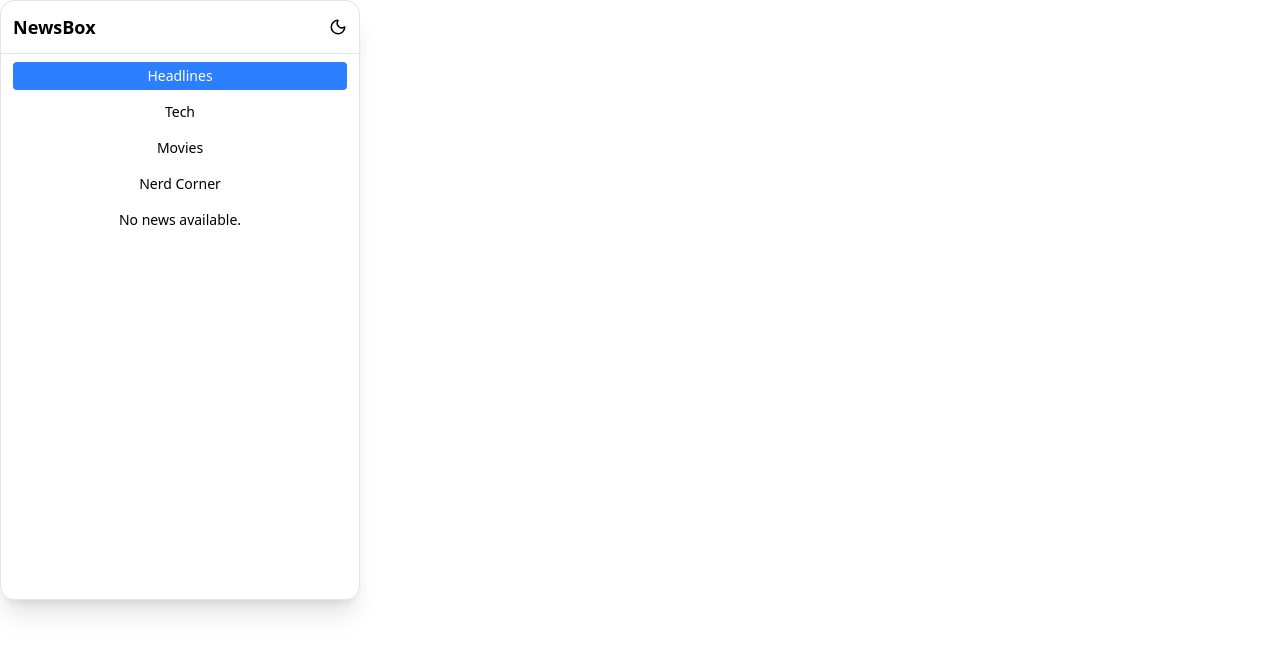
Repository: Bhuvi888/newsbox-extension
Page: /
These files come from the project's save history. The page is drawn as it stood at one moment and after a run of saves; the edit follows.
The browser window is 1280 px wide. The pictures show the whole page.
The page's requests for data from a server got no answer. The project was rebuilt for these pictures with package versions that can differ from the ones it lists, and the page was loaded fresh each time. No one was signed in, and anything a server would have sent is missing. Also part of the build but not shown: vite.config.ts. Imported but missing from the stored project, and not drawn on this page: src/components/ui/card.

Above is the page before, as saved 2025-05-29 12:39:09.

### src/main.tsx
import { StrictMode } from "react";
import { createRoot } from "react-dom/client";
import "./index.css";
import App from "./popup/App.tsx";

createRoot(document.getElementById("root")!).render(
  <StrictMode>
    <App />
  </StrictMode>
);

### src/popup/App.tsx
// src/App.tsx
import { useEffect, useState } from "react";
import { Tabs } from "../components/ui/tabs";
import { Card, CardContent } from "../components/ui/card";
import { Sun, Moon, Bookmark } from "lucide-react";
import { motion } from "framer-motion";
import axios from "axios";

const categories = ["Headlines", "Tech", "Movies", "Nerd Corner"];

const categoryToQuery: Record<string, string> = {
  Headlines: "general",
  Tech: "technology",
  Movies: "entertainment",
  "Nerd Corner": "anime OR gaming OR comics"
};

const API_KEY = "19fdac03e99be007425b60553981cd9d";
const BASE_URL = "https://gnews.io/api/v4/search";

type NewsArticle = {
  title: string;
  description: string;
  url: string;
  source: {
    name: string;
  };
  // Add more fields here if needed, or remove the index signature to avoid 'any'
};

export default function App() {
  const [activeTab, setActiveTab] = useState("Headlines");
  const [darkMode, setDarkMode] = useState(false);
  const [newsData, setNewsData] = useState<NewsArticle[]>([]);
  const [loading, setLoading] = useState(true);

  useEffect(() => {
    const fetchNews = async () => {
      setLoading(true);
      try {
        const query = categoryToQuery[activeTab];
        const res = await axios.get(`${BASE_URL}?q=${encodeURIComponent(query)}&lang=en&apikey=${API_KEY}`);
        setNewsData(res.data.articles || []);
      } catch (err) {
        console.error("Error fetching news:", err);
        setNewsData([]);
      }
      setLoading(false);
    };
    fetchNews();
  }, [activeTab]);

  return (
    <div
      className={`w-[360px] h-[600px] overflow-y-auto rounded-xl shadow-xl border transition-colors duration-300 ${darkMode ? "bg-gray-900 text-white" : "bg-white text-black"}`}
    >
      <header className="flex items-center justify-between p-3 border-b">
        <h1 className="text-lg font-bold font-anime">NewsBox</h1>
        <button onClick={() => setDarkMode(!darkMode)}>
          {darkMode ? <Sun size={18} /> : <Moon size={18} />}
        </button>
      </header>

      <Tabs value={activeTab} onValueChange={setActiveTab} className="px-3 mt-2 text-sm">
        {categories.map((cat) => (
          <button
            key={cat}
            className={`capitalize px-3 py-1 rounded transition-colors ${
              activeTab === cat
                ? "bg-blue-500 text-white"
                : "bg-transparent text-inherit hover:bg-gray-200 dark:hover:bg-gray-800"
            }`}
            onClick={() => setActiveTab(cat)}
            type="button"
          >
            {cat}
          </button>
        ))}
      </Tabs>

      <main className="p-3 space-y-3">
        {loading ? (
          <div className="text-center text-sm">Loading...</div>
        ) : newsData.length > 0 ? (
          newsData.map((news, i) => (
            <motion.div
              key={i}
              initial={{ opacity: 0, y: 10 }}
              animate={{ opacity: 1, y: 0 }}
              transition={{ delay: i * 0.05 }}
            >
              <Card className="rounded-xl shadow border bg-opacity-60 backdrop-blur-md">
                <CardContent className="p-3">
                  <div className="flex justify-between items-start">
                    <div className="pr-2">
                      <h2 className="text-sm font-semibold mb-1 font-anime line-clamp-2">{news.title}</h2>
                      <p className="text-xs opacity-80 line-clamp-3">{news.description}</p>
                      <a
                        href={news.url}
                        target="_blank"
                        rel="noopener noreferrer"
                        className="text-xs mt-2 inline-block text-blue-500"
                      >
                        {news.source.name}
                      </a>
                    </div>
                    <button><Bookmark size={16} /></button>
                  </div>
                </CardContent>
              </Card>
            </motion.div>
          ))
        ) : (
          <div className="text-center text-sm">No news available.</div>
        )}
      </main>
    </div>
  );
}

### src/components/ui/tabs.tsx
import * as React from "react"
import * as TabsPrimitive from "@radix-ui/react-tabs"

import { cn } from "../../lib/utils"

function Tabs({
  className,
  ...props
}: React.ComponentProps<typeof TabsPrimitive.Root>) {
  return (
    <TabsPrimitive.Root
      data-slot="tabs"
      className={cn("flex flex-col gap-2", className)}
      {...props}
    />
  )
}

function TabsList({
  className,
  ...props
}: React.ComponentProps<typeof TabsPrimitive.List>) {
  return (
    <TabsPrimitive.List
      data-slot="tabs-list"
      className={cn(
        "bg-muted text-muted-foreground inline-flex h-9 w-fit items-center justify-center rounded-lg p-[3px]",
        className
      )}
      {...props}
    />
  )
}

function TabsTrigger({
  className,
  ...props
}: React.ComponentProps<typeof TabsPrimitive.Trigger>) {
  return (
    <TabsPrimitive.Trigger
      data-slot="tabs-trigger"
      className={cn(
        "data-[state=active]:bg-background dark:data-[state=active]:text-foreground focus-visible:border-ring focus-visible:ring-ring/50 focus-visible:outline-ring dark:data-[state=active]:border-input dark:data-[state=active]:bg-input/30 text-foreground dark:text-muted-foreground inline-flex h-[calc(100%-1px)] flex-1 items-center justify-center gap-1.5 rounded-md border border-transparent px-2 py-1 text-sm font-medium whitespace-nowrap transition-[color,box-shadow] focus-visible:ring-[3px] focus-visible:outline-1 disabled:pointer-events-none disabled:opacity-50 data-[state=active]:shadow-sm [&_svg]:pointer-events-none [&_svg]:shrink-0 [&_svg:not([class*='size-'])]:size-4",
        className
      )}
      {...props}
    />
  )
}

function TabsContent({
  className,
  ...props
}: React.ComponentProps<typeof TabsPrimitive.Content>) {
  return (
    <TabsPrimitive.Content
      data-slot="tabs-content"
      className={cn("flex-1 outline-none", className)}
      {...props}
    />
  )
}

export { Tabs, TabsList, TabsTrigger, TabsContent }

Loaded but not shown: src/index.css (common file); src/lib/utils.ts (common file)

After the next 2 saves:
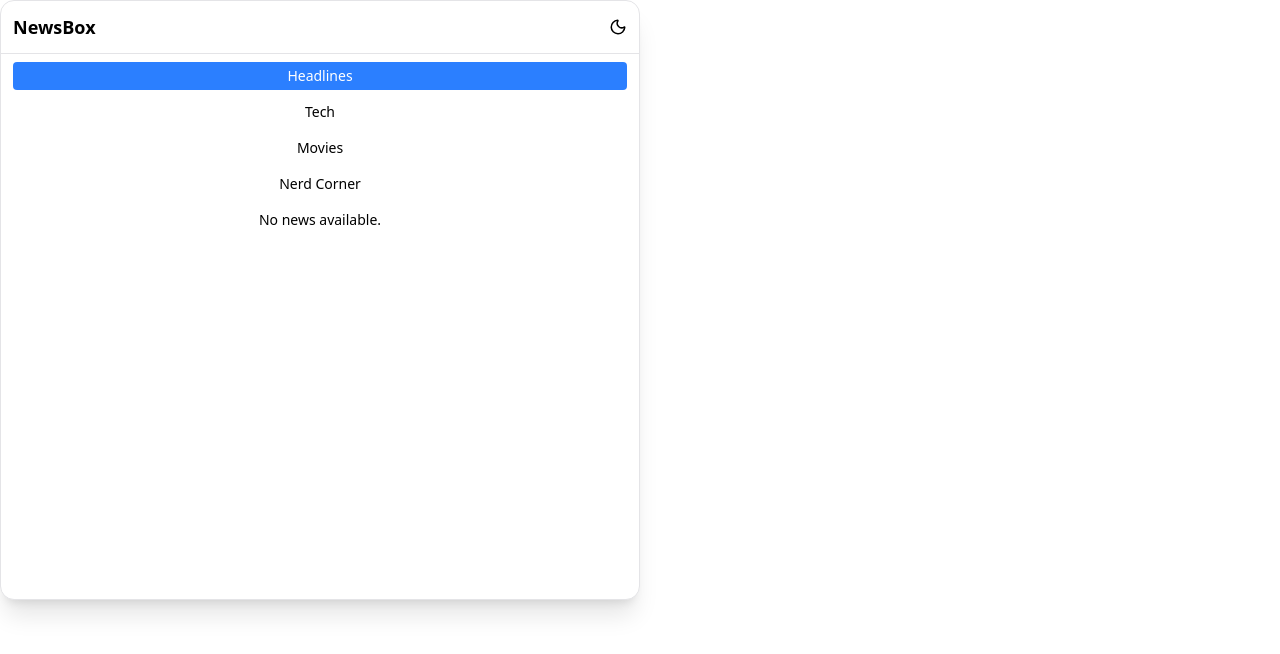
The 2 saves are shown as one change because they came seconds apart.
The last was saved 2 min 8 s later.
--- a/src/popup/App.tsx
+++ b/src/popup/App.tsx
@@ -52,7 +52,7 @@ export default function App() {
 
   return (
     <div
-      className={`w-[360px] h-[600px] overflow-y-auto rounded-xl shadow-xl border transition-colors duration-300 ${darkMode ? "bg-gray-900 text-white" : "bg-white text-black"}`}
+      className={`w-[640px] h-[600px] overflow-y-auto rounded-xl shadow-xl border transition-colors duration-300 ${darkMode ? "bg-gray-900 text-white" : "bg-white text-black"}`}
     >
       <header className="flex items-center justify-between p-3 border-b">
         <h1 className="text-lg font-bold font-anime">NewsBox</h1>
